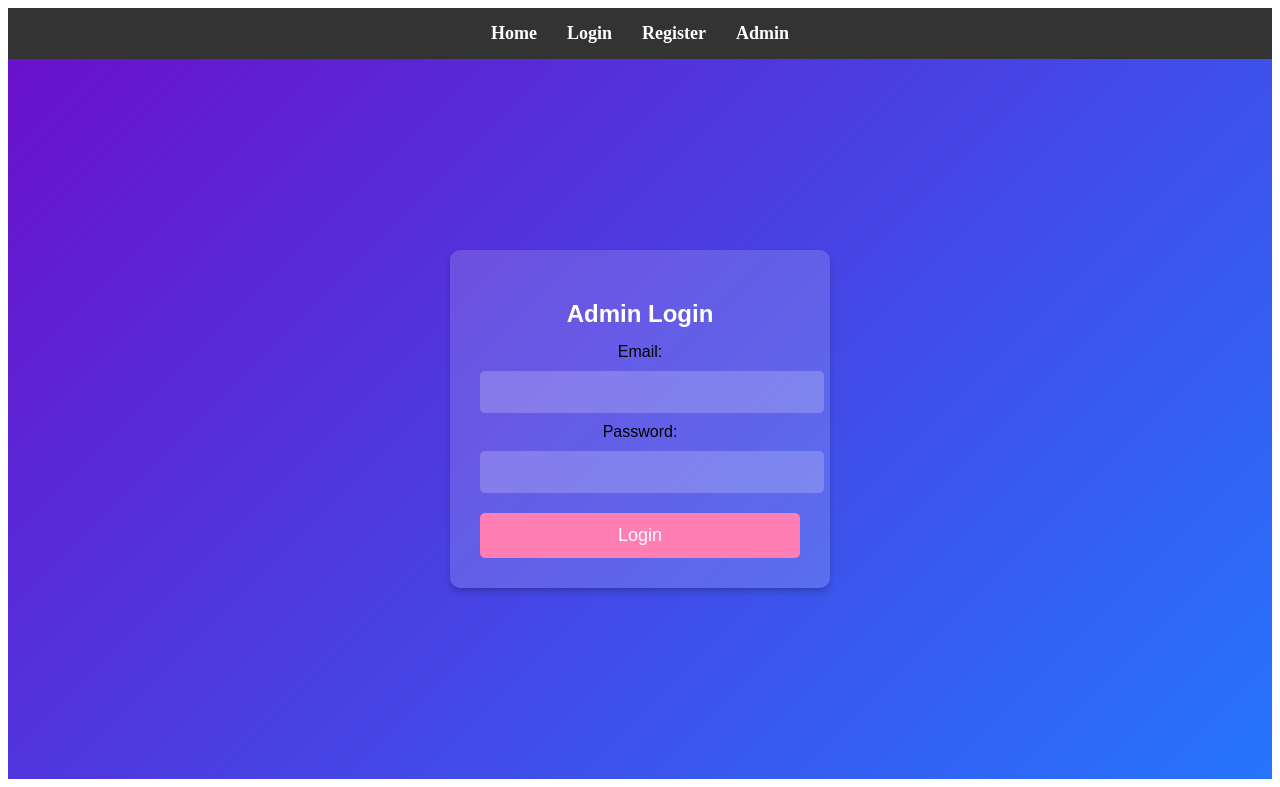
Repository: AhmedIbu/angular-login-app
Page: /admin-login (app in angular-login-app/)
These files come from the project's save history. The page is drawn as it stood at one moment and after the next save; the edit follows.
The browser window is 1280 px wide. The pictures show the whole page.
The project was rebuilt for these pictures with package versions that can differ from the ones it lists, and the page was loaded fresh each time. Also part of the build but not shown: angular-login-app/angular.json, angular-login-app/src/app/home/home.component.ts, angular-login-app/src/app/login/login.component.ts, angular-login-app/src/app/register/register.component.ts, angular-login-app/src/app/services/user.service.ts, angular-login-app/src/app/admin-dashboard/admin-dashboard.component.ts, angular-login-app/src/app/user-dashboard/user-dashboard.component.ts.

Above is the page before, as saved 2025-02-21 11:35:44.

### angular-login-app/src/index.html
<!doctype html>
<html lang="en">
<head>
  <meta charset="utf-8">
  <title>AngularLoginApp</title>
  <base href="/">
  <meta name="viewport" content="width=device-width, initial-scale=1">
  <link rel="icon" type="image/x-icon" href="favicon.ico">
</head>
<body>
  <app-root></app-root>
</body>
</html>

### angular-login-app/src/styles.css
/*  app components css   */

/* Style the navigation bar */
.navbar {
  background: #333;
  padding: 15px;
  text-align: center;
}

/* Style the list */
.nav-list {
  list-style: none;
  padding: 0;
  margin: 0;
  display: flex;
  justify-content: center;
}

/* Style the navigation links */
.nav-list li {
  margin: 0 15px;
}

.nav-link {
  text-decoration: none;
  color: white;
  font-size: 18px;
  font-weight: bold;
  transition: color 0.3s ease-in-out;
}

/* Hover effect */
.nav-link:hover {
  color: #385348;
}

/* Responsive design */
@media (max-width: 600px) {
  .nav-list {
    flex-direction: column;
  }

  .nav-list li {
    margin-bottom: 10px;
  }
}

### angular-login-app/src/main.ts
import { bootstrapApplication } from '@angular/platform-browser';
import { appConfig } from './app/app.config';
import { AppComponent } from './app/app.component';
import { provideHttpClient } from '@angular/common/http';

bootstrapApplication(AppComponent, {
  ...appConfig, // ✅ Spread existing config
  providers: [
    ...appConfig.providers, // ✅ Keep existing providers
    provideHttpClient() // ✅ Ensure HTTP client is provided
  ]
}).catch(err => console.error(err));

### angular-login-app/src/app/app.config.ts
import { ApplicationConfig } from '@angular/core';
import { provideRouter, Routes } from '@angular/router';
import { provideHttpClient } from '@angular/common/http';

// ✅ Import standalone components
import { HomeComponent } from './home/home.component';
import { LoginComponent } from './login/login.component';
import { RegisterComponent } from './register/register.component';
import { AdminDashboardComponent } from './admin-dashboard/admin-dashboard.component';
import { AdminLoginComponent } from './admin-login/admin-login.component';
import { UserDashboardComponent } from './user-dashboard/user-dashboard.component';

// ✅ Define routes
const routes: Routes = [
  { path: '', component: HomeComponent}, // Default route
  { path: 'login', component: LoginComponent },
  { path: 'register', component: RegisterComponent },
  { path: 'admin-login', component: AdminLoginComponent },
  { path: 'user-dashboard', component: UserDashboardComponent },
  { path: 'admin-dashboard', component: AdminDashboardComponent },
  { path: '**', redirectTo: 'user-dashboard' } // Catch-all for unknown routes
];

export const appConfig: ApplicationConfig = {
  providers: [
    provideRouter(routes),
    provideHttpClient()
  ]
};

### angular-login-app/src/app/app.component.ts
import { Component } from '@angular/core';
import { RouterModule } from '@angular/router';

@Component({
  selector: 'app-root',
  standalone: true,
  imports: [RouterModule],
  templateUrl: './app.component.html',
  styleUrls: ['./app.component.css','../styles.css']
})
export class AppComponent { }

### angular-login-app/src/app/admin-login/admin-login.component.ts
import { Component } from '@angular/core';
import { Router } from '@angular/router';
import { CommonModule } from '@angular/common';
import { FormsModule } from '@angular/forms';
import { AuthService } from '../services/auth.service';

@Component({
  selector: 'app-admin-login',
  standalone: true,
  templateUrl: './admin-login.component.html',
  styleUrls: ['./admin-login.component.css'],
  imports: [CommonModule, FormsModule],
})
export class AdminLoginComponent {
  email = '';
  password = '';
  errorMessage = '';
  loading = false; // ✅ Added loading state

  constructor(private authService: AuthService, private router: Router) {}

  onAdminLogin() {
    if (!this.email.trim() || !this.password.trim()) {
      this.errorMessage = 'All fields are required!';
      return;
    }

    this.loading = true; // ✅ Disable button while loading
    console.log('🟡 Admin login clicked:', { email: this.email, password: this.password });

    this.authService.adminLogin(this.email, this.password).subscribe({
      next: (response: { success: boolean; token?: string }) => {
        console.log('✅ Admin Login Response:', response);

        if (response.success && response.token) {  // ✅ Ensure token exists
          localStorage.setItem('admin_token', response.token);  // ✅ Store token
          localStorage.setItem('admin', 'true'); // ✅ Ensure localStorage is updated

          alert('Admin Login Successful!');
          setTimeout(() => {
            this.router.navigate(['/admin-dashboard']);
          }, 100);
        } else {
          this.errorMessage = 'Invalid admin credentials!';
        }
      },
      error: (error) => {
        console.error('❌ Admin Login Failed:', error);
        this.errorMessage = error.error?.message || 'Login failed. Please try again.';
      },
      complete: () => {
        this.loading = false; // ✅ Re-enable button
      },
    });
  }
}

### angular-login-app/src/app/app.component.html
<nav class="navbar">
  <ul class="nav-list">
    <li><a routerLink="/" class="nav-link">Home</a></li>
    <li><a routerLink="/login" class="nav-link">Login</a></li>
    <li><a routerLink="/register" class="nav-link">Register</a></li>
    <li><a routerLink="/admin-login" class="nav-link">Admin</a></li>
  </ul>
</nav>

<router-outlet></router-outlet>

### angular-login-app/src/app/services/auth.service.ts
import { Injectable } from '@angular/core';
import { HttpClient, HttpHeaders } from '@angular/common/http';
import { Observable, BehaviorSubject, of } from 'rxjs';
import { map, catchError, tap } from 'rxjs/operators';

@Injectable({
  providedIn: 'root'
})
export class AuthService {
  private apiUrl = 'http://127.0.0.1:5000'; // ✅ Flask API URL
  private isAuthenticated = new BehaviorSubject<boolean>(this.hasToken());

  constructor(private http: HttpClient) {}

  // ✅ Regular User Login (API)
  login(credentials: { email: string; password: string }): Observable<{ success: boolean; token?: string; isAdmin?: boolean }> {
    const headers = new HttpHeaders({ 'Content-Type': 'application/json' });

    return this.http.post<{ token: string; isAdmin: boolean }>(`${this.apiUrl}/login`, credentials, { headers }).pipe(
      tap(response => console.log('✅ User Login API Response:', response)), // ✅ Log API response
      map(response => {
        if (response.token) {
          this.saveToken(response.token);
          localStorage.setItem('isAdmin', JSON.stringify(response.isAdmin));
          return { success: true, token: response.token, isAdmin: response.isAdmin };
        }
        return { success: false };
      }),
      catchError(error => {
        console.error('❌ Login Error:', error);
        return of({ success: false });
      })
    );
  }

  // ✅ Admin Login (API Call)
  adminLogin(email: string, password: string): Observable<{ success: boolean; token?: string }> {
    const headers = new HttpHeaders({ 'Content-Type': 'application/json' });

    return this.http.post<{ success: boolean; token?: string }>(`${this.apiUrl}/admin-login`, { email, password }, { headers }).pipe(
      tap(response => console.log('✅ Admin Login API Response:', response)), // ✅ Log API response
      map(response => {
        if (response.success && response.token) {
          this.saveToken(response.token);
          localStorage.setItem('admin', 'true'); // ✅ Save admin status
          return { success: true, token: response.token };
        }
        return { success: false };
      }),
      catchError(error => {
        console.error('❌ Admin Login Error:', error);
        return of({ success: false });
      })
    );
  }

  // ✅ Save Token
  saveToken(token: string) {
    localStorage.setItem('token', token);
    this.isAuthenticated.next(true);
  }

  // ✅ Retrieve Token
  getToken(): string | null {
    return localStorage.getItem('token');
  }

  // ✅ Check if Token Exists
  hasToken(): boolean {
    return !!localStorage.getItem('token');
  }

  // ✅ Check if Admin is Logged In
  isAdmin(): boolean {
    return localStorage.getItem('admin') === 'true' && this.hasToken();
  }

  // ✅ User Registration
  register(userData: any): Observable<any> {
    return this.http.post(`${this.apiUrl}/register`, userData).pipe(
      tap(response => {
        console.log('✅ Registration successful', response);
        alert('Registration successful! You can now log in.');
      }),
      catchError(error => {
        console.error('❌ Registration failed', error);
        alert('Registration failed. Try again.');
        return of(null);
      })
    );
  }

  // ✅ Logout & Clear Everything
  logout() {
    localStorage.removeItem('token');
    localStorage.removeItem('admin');
    this.isAuthenticated.next(false);
    window.location.reload(); // 🔹 Force refresh to clear session issues
  }

  // ✅ Observe Auth Status (for Guards)
  isAuthenticated$(): Observable<boolean> {
    return this.isAuthenticated.asObservable();
  }
}

### angular-login-app/src/app/admin-login/admin-login.component.html
<div class="admin-login-container">
  <div class="admin-login-box">
    <h2>Admin Login</h2>
      <form (ngSubmit)="onAdminLogin()">
        <label>Email:</label>
        <input type="email" [(ngModel)]="email" name="email" required />

        <label>Password:</label>
        <input type="password" [(ngModel)]="password" name="password" required />

        <button type="submit">Login</button>
        <p *ngIf="errorMessage" style="color: red">{{ errorMessage }}</p>
      </form>
  </div>
</div>

### angular-login-app/src/app/admin-login/admin-login.component.css
/* Full-page background with gradient */
.admin-login-container {
    display: flex;
    justify-content: center;
    align-items: center;
    height: 100vh;
    background: linear-gradient(135deg, #6a11cb, #2575fc); /* Same as Register */
    font-family: "Poppins", sans-serif;
  }

  /* Admin login box */
  .admin-login-box {
    background: rgba(255, 255, 255, 0.15);
    padding: 30px;
    border-radius: 10px;
    box-shadow: 0 4px 6px rgba(0, 0, 0, 0.2);
    width: 320px;
    text-align: center;
  }

  /* Input fields */
  .admin-login-box input {
    width: 100%;
    padding: 12px;
    margin: 10px 0;
    border: none;
    border-radius: 5px;
    background: rgba(255, 255, 255, 0.2);
    color: #fff;
    font-size: 16px;
    outline: none;
  }

  /* Placeholder text */
  .admin-login-box input::placeholder {
    color: rgba(255, 255, 255, 0.7);
  }

  /* Login button */
  .admin-login-box button {
    width: 100%;
    padding: 12px;
    margin-top: 10px;
    border: none;
    border-radius: 5px;
    background: #ff7eb3; /* Same button color as Register */
    color: white;
    font-size: 18px;
    cursor: pointer;
    transition: 0.3s ease-in-out;
  }

  /* Button hover effect */
  .admin-login-box button:hover {
    background: #ff4f8b;
    transform: scale(1.05);
  }

  /* Admin text */
  .admin-login-box h2 {
    color: white;
    margin-bottom: 15px;
  }

Loaded but not shown: angular-login-app/src/app/app.component.css (no stored copy; drawn as an empty file)

After the next save:
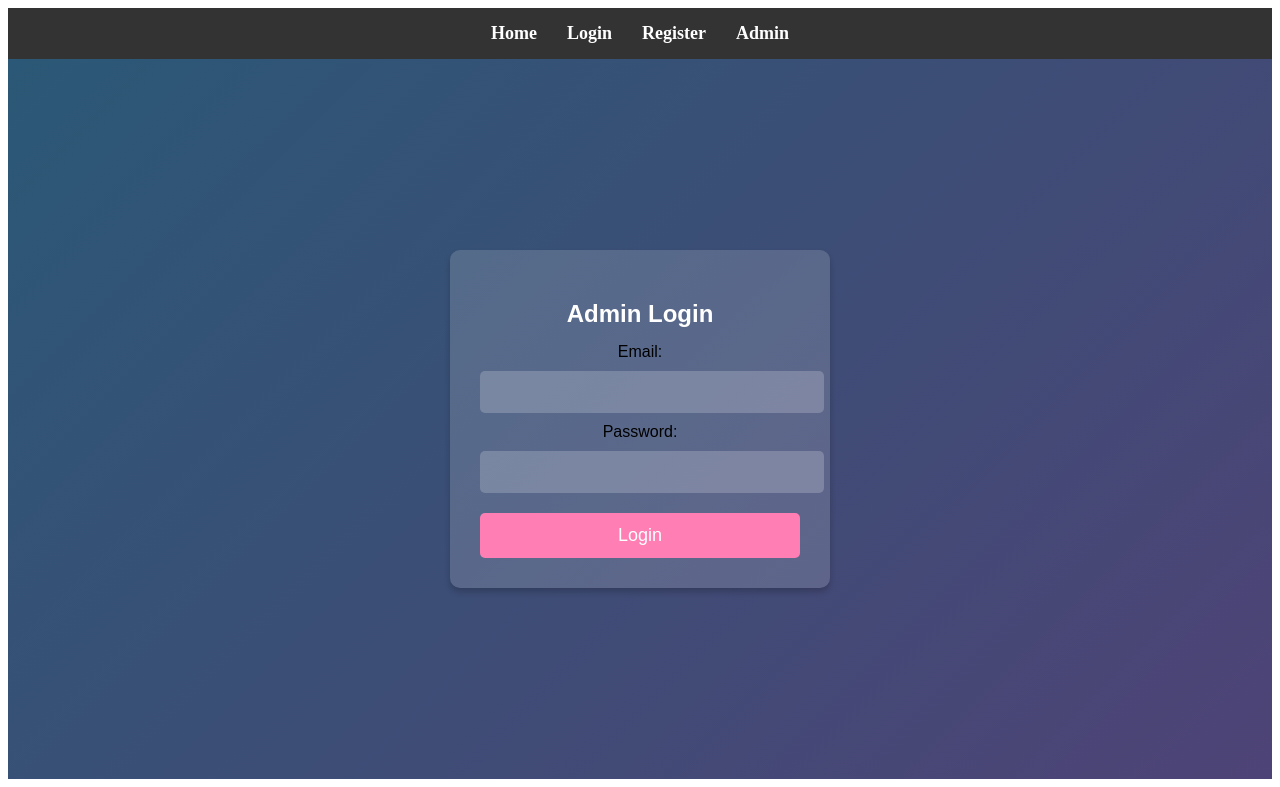
Saved 18 s later.
--- a/angular-login-app/src/app/admin-login/admin-login.component.css
+++ b/angular-login-app/src/app/admin-login/admin-login.component.css
@@ -4,7 +4,7 @@
     justify-content: center;
     align-items: center;
     height: 100vh;
-    background: linear-gradient(135deg, #6a11cb, #2575fc); /* Same as Register */
+    background: linear-gradient(135deg, #2b5876, #4e4376); /* Same as Register */
     font-family: "Poppins", sans-serif;
   }
 
